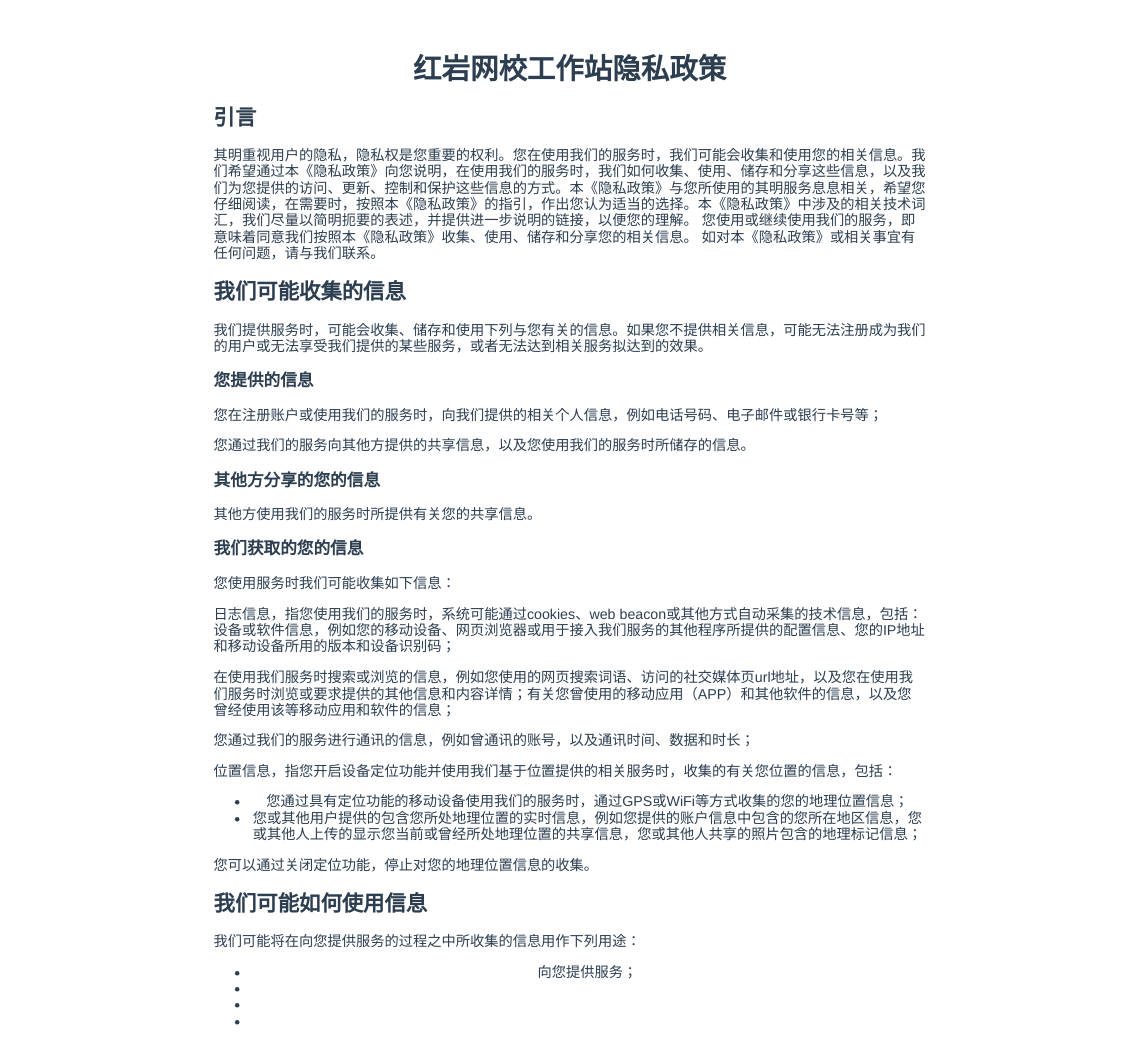
Repository: zl-mdc/privacy-policy
Page: /
These files come from the project's save history. The page is drawn as it stood at one moment and after the next save; the edit follows.
The browser window is 1280 px wide. The pictures show the whole page, at 89% of full size.
The project was rebuilt for these pictures with package versions that can differ from the ones it lists, and the page was loaded fresh each time.

Above is the page before, as saved 2020-09-17 15:40:55.

After the next save:
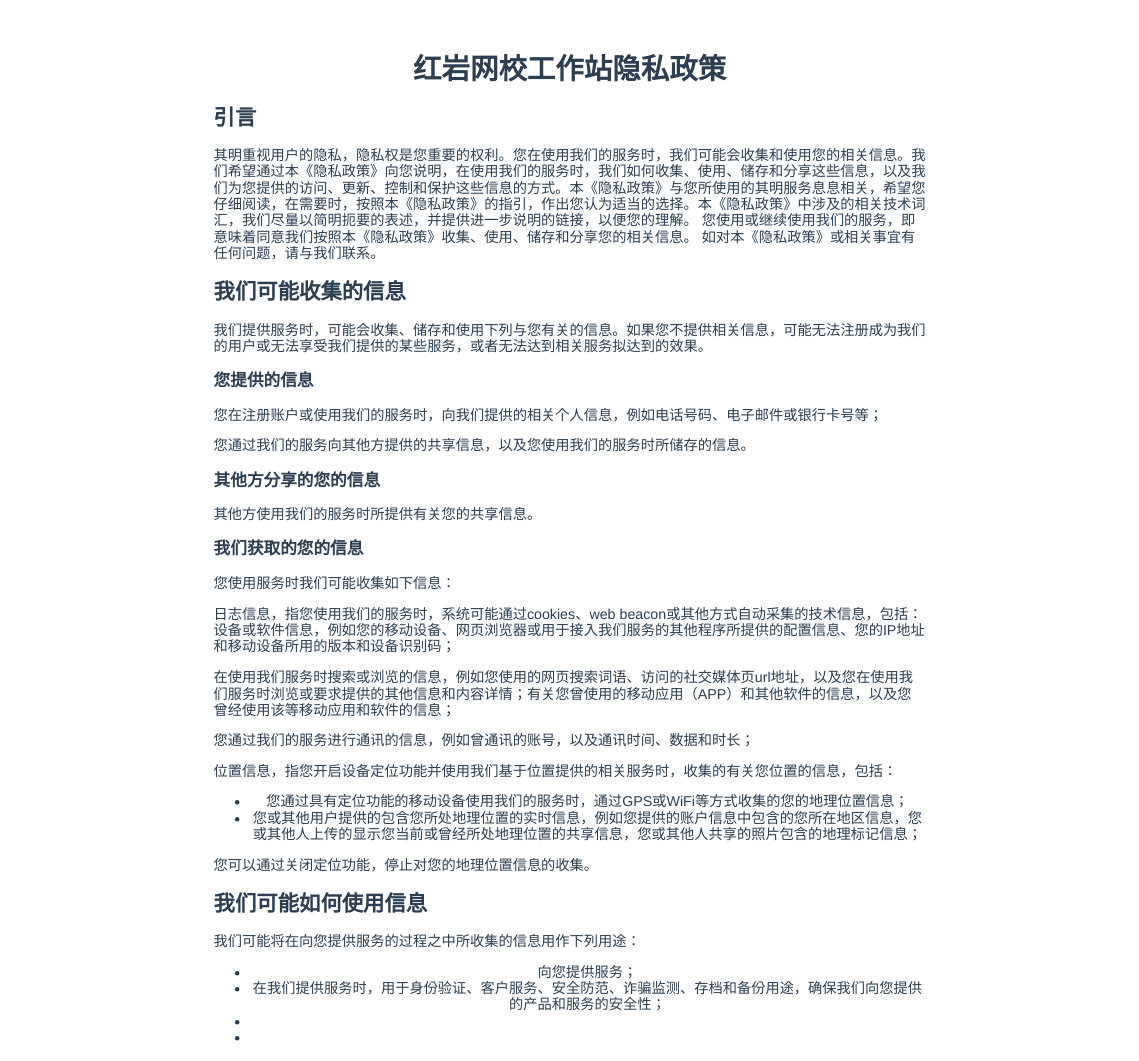
Saved 15 s later.
--- a/src/components/Info.vue
+++ b/src/components/Info.vue
@@ -1,7 +1,7 @@
 <!--
  * @Author: Code_Master
  * @Date: 2020-09-17 15:00:51
- * @LastEditTime: 2020-09-17 15:40:55
+ * @LastEditTime: 2020-09-17 15:41:10
  * @LastEditors: Code_Master
  * @FilePath: /privacy-policy/src/components/Info.vue
  * @Description: The first 90% of the code accounts for the first 90% of the development time. The remaining 10% of the code accounts for the other 90% of the development time.
@@ -36,7 +36,7 @@
           <p>我们可能将在向您提供服务的过程之中所收集的信息用作下列用途：</p>
           <ul>
               <li>向您提供服务； </li>
-              <li></li>
+              <li>在我们提供服务时，用于身份验证、客户服务、安全防范、诈骗监测、存档和备份用途，确保我们向您提供的产品和服务的安全性； </li>
               <li></li>
               <li></li>
           </ul>
